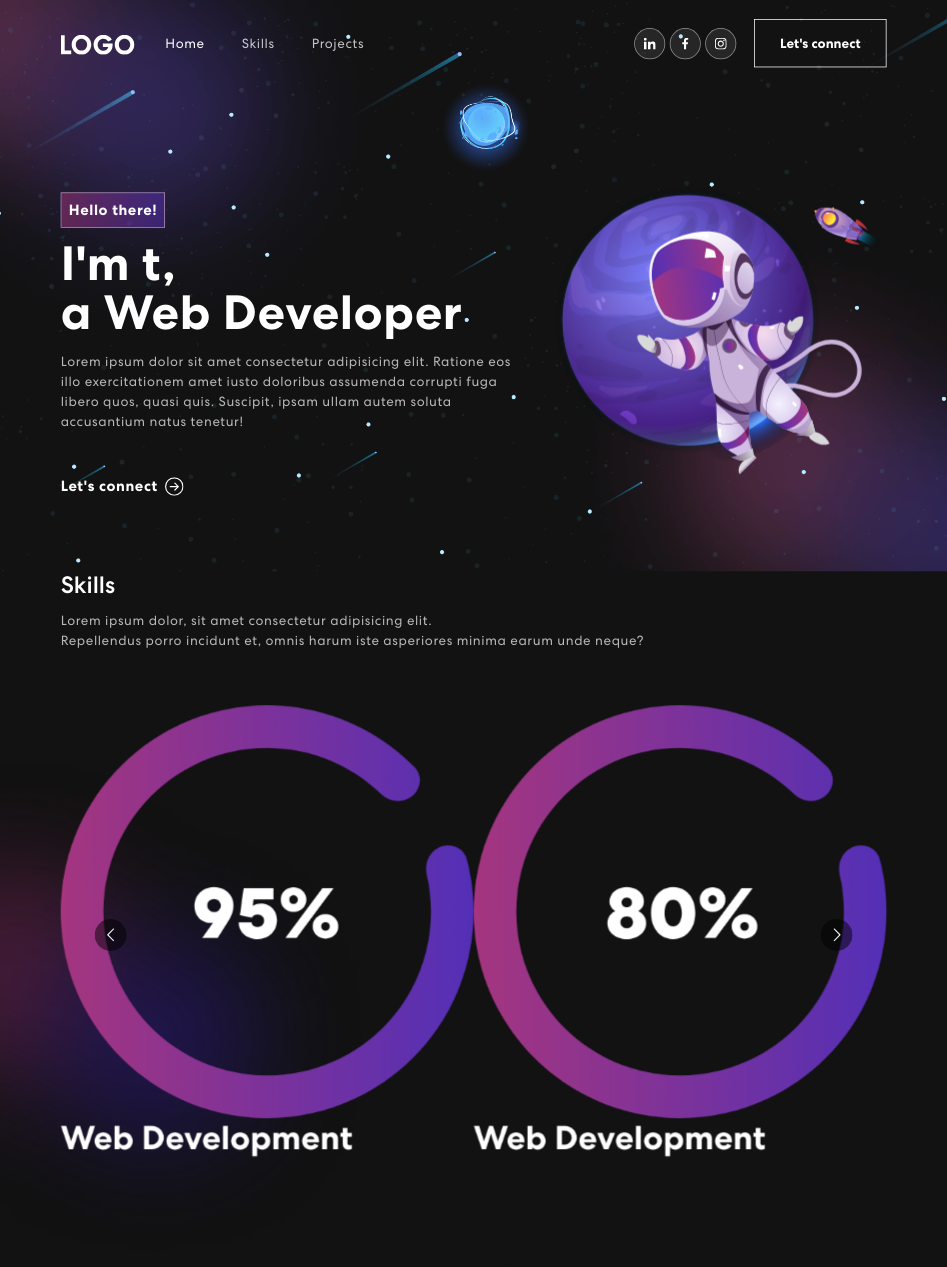
Repository: tynoschuck/personal-space-portfolio
Page: /
The author's editor kept a copy of each file at every save. The page is drawn from the files as they stood at one save, then again after the next save.
The browser window is 1280 px wide. The pictures show the whole page, at 74% of full size.
The project was rebuilt for these pictures with package versions that can differ from the ones it lists, and the page was loaded fresh each time.

Above is the page before, as saved 2023-01-02 13:23:23.

### src/App.js
import logo from "./logo.svg";
import "./App.css";
import { NavBar } from "./components/NavBar";
import { Banner } from "./components/Banner";
import { Skills } from "./components/Skills";
import "bootstrap/dist/css/bootstrap.min.css";

function App() {
  return (
    <div className="App">
      <NavBar />
      <Banner />
      <Skills />
    </div>
  );
}

export default App;

### src/App.css
@font-face {
  font-family: Centra;
  src: url('./assets/font/CentraNo2-Bold.ttf');
  font-weight: 700;
}
@font-face {
  font-family: Centra;
  src: url('./assets/font/CentraNo2-Book.ttf');
  font-weight: 400;
}
@font-face {
  font-family: Centra;
  src: url('./assets/font/CentraNo2-Medium.ttf');
  font-weight: 500;
}

* {
  margin: 0;
  padding: 0;
  box-sizing: border-box;
}
html {
  scroll-behavior: smooth;
  scroll-padding-top: 75px;
}
body {
  font-weight: 400;
  overflow-x: hidden;
  position: relative;
  background-color: #121212 !important;
  color: #fff !important;
  font-family: Centra, sans-serif !important;
}

h1, h2, h3, h4, h5, h6 {
  margin: 0;
  padding: 0;
  line-height: normal;
}

a:hover {
  text-decoration: none;
}

img {
  width: 100%;
  height: auto;
}

button {
  border: 0;
  background-color: transparent;
}

input:focus, textarea:focus, select:focus {
  outline: none;
}

@media (min-width:1700px) {
	main .container {
		max-width: 100%;
		padding: 0 150px;
	}
}

p.success {
	color: green;
}

p.danger {
	color: red;
}
/************ Navbar Css ************/
nav.navbar {
  padding: 18px 0;
  position: fixed;
  width: 100%;
  top: 0;
  z-index: 9999;
  transition:  0.32s ease-in-out;
}
nav.navbar.scrolled {
  padding: 0px 0;
  background-color: #121212;
}
nav.navbar a.navbar-brand {
    width: 9%;
}
nav.navbar .navbar-nav .nav-link.navbar-link {
  font-weight: 400;
  color: #fff !important;
  letter-spacing: 0.8px;
  padding: 0 25px;
  font-size: 18px;
  opacity: 0.75;
}
nav.navbar .navbar-nav a.nav-link.navbar-link:hover,
nav.navbar .navbar-nav a.nav-link.navbar-link.active {
    opacity: 1;
}
span.navbar-text {
    display: flex;
    align-items: center;
}
.social-icon {
    display: inline-block;
    margin-left: 14px;
}
.social-icon a {
    width: 42px;
    height: 42px;
    background: rgba(217, 217, 217, 0.1);
    display: inline-flex;
    border-radius: 50%;
    margin-right: 6px;
    align-items: center;
    justify-content: center;
    line-height: 1;
    border: 1px solid rgba(255, 255, 255, 0.5);
}
.social-icon a::before {
    content: "";
    width: 42px;
    height: 42px;
    position: absolute;
    background-color: #ffffff;
    border-radius: 50%;
    transform: scale(0);
	transition: 0.3s ease-in-out;
}
.social-icon a:hover::before {
    transform: scale(1);
}
.social-icon a img {
	width: 40%;
	z-index: 1;
	transition: 0.3s ease-in-out;
}
.social-icon a:hover img {
	filter: brightness(0) saturate(100%) invert(0%) sepia(7%) saturate(98%) hue-rotate(346deg) brightness(95%) contrast(86%);
}
.navbar-text button {
  font-weight: 700;
  color: #fff;
  border: 1px solid #fff;
  padding: 18px 34px;
  font-size: 18px;
  margin-left: 18px;
	position: relative;
	background-color: transparent;
	transition: 0.3s ease-in-out;
}
.navbar-text button span {
  z-index: 1;
}
.navbar-text button::before {
  content: "";
  width: 0%;
  height: 100%;
  position: absolute;
  background-color: #fff;
  left: 0;
  top: 0;
  z-index: -1;
  transition: 0.3s ease-in-out;
}
.navbar-text button:hover {
  color: #121212;
}
.navbar-text button:hover::before {
	content: "";
	width: 100%;
	height: 100%;
	position: absolute;
}
nav.navbar .navbar-toggler:active,
nav.navbar .navbar-toggler:focus {
	outline: none;
    box-shadow: none;
}
nav.navbar .navbar-toggler-icon {
  width: 24px;
  height: 17px;
  background-image: none;
  position: relative;
  border-bottom: 2px solid #fff;
  transition: all 300ms linear;
  top: -2px;
}
nav.navbar .navbar-toggler-icon:focus {
	border-bottom: 2px solid #fff;
}
nav.navbar .navbar-toggler-icon:after,
nav.navbar .navbar-toggler-icon:before {
	width: 24px;
	position: absolute;
	height: 2px;
	background-color: #fff;
	top: 0;
	left: 0;
	content: '';
	z-index: 2;
	transition: all 300ms linear;
}
nav.navbar .navbar-toggler-icon:after {
	top: 8px;
}
nav.navbar .navbar-toggler[aria-expanded="true"] .navbar-toggler-icon:after {
	transform: rotate(45deg);
	background-color: #fff;
	height: 2px;
}
nav.navbar .navbar-toggler[aria-expanded="true"] .navbar-toggler-icon:before {
	transform: translateY(8px) rotate(-45deg);
	background-color: #fff;
	height: 2px;
}
nav.navbar .navbar-toggler[aria-expanded="true"] .navbar-toggler-icon {
	border-color: transparent;
}

/************ Banner Css ************/
.banner {
  margin-top: 0;
  padding: 260px 0 100px 0;
  background-image: url('./assets/img/banner-bg.png');
  background-position: top center;
  background-size: cover;
  background-repeat: no-repeat;
}
.banner .tagline {
  font-weight: 700;
  letter-spacing: 0.8px;
  padding: 8px 10px;
  background: linear-gradient(90.21deg, rgba(170, 54, 124, 0.5) -5.91%, rgba(74, 47, 189, 0.5) 111.58%);
  border: 1px solid rgba(255, 255, 255, 0.5);
  font-size: 20px;
  margin-bottom: 16px;
  display: inline-block;
}
.banner h1 {
  font-size: 65px;
  font-weight: 700;
  letter-spacing: 0.8px;
  line-height: 1;
  margin-bottom: 20px;
  display: block;
}
.banner p {
  color: #B8B8B8;
  font-size: 18px;
  letter-spacing: 0.8px;
  line-height: 1.5em;
  width: 96%;
}
.banner button {
  color: #fff;
  font-weight: 700;
  font-size: 20px;
  margin-top: 60px;
  letter-spacing: 0.8px;
  display: flex;
  align-items: center;
}
.banner button svg {
  font-size: 25px;
  margin-left: 10px;
  transition: 0.3s ease-in-out;
  line-height: 1;
}
.banner button:hover svg {
  margin-left: 25px;
}
.banner img {
  animation: updown 3s linear infinite;
}
@keyframes updown {
    0% {
        transform: translateY(-20px);
    }
    50% {
        transform: translateY(20px);
    }
    100% {
        transform: translateY(-20px);
    }
}
.txt-rotate > .wrap {
  border-right: 0.08em solid #666;
}
/************ Skills Css ************/
.skill {
  padding: 0 0 50px 0;
  position: relative;
}
.skill-bx {
  background: #151515;
  border-radius: 64px;
  text-align: center;
  padding: 60px 50px;
  margin-top: -60px;
}
.skill h5 {
	font-size: 45px;
	font-weight: 700;
}
.skill p {
    color: #B8B8B8;
    font-size: 18px;
    letter-spacing: 0.8px;
    line-height: 1.5em;
    margin: 14px 0 75px 0;
}
.skill-slider {
  width: 80%;
  margin: 0 auto;
  position: relative;
}
.skill-slider .item img {
  width: 50%;
  margin: 0 auto 15px auto;
}
.background-image-left {
  top: 28%;
  position: absolute;
  bottom: 0;
  width: 40%;
  z-index: -4;
}

### src/components/NavBar.js
import { useState, useEffect } from "react";
import { Navbar, Container, Nav } from "react-bootstrap";
import logo from "../assets/img/logo.svg";
import navIcon1 from "../assets/img/nav-icon1.svg";
import navIcon2 from "../assets/img/nav-icon2.svg";
import navIcon3 from "../assets/img/nav-icon3.svg";

export const NavBar = () => {
  const [activeLink, setActiveLink] = useState("home");
  const [scrolled, setScrolled] = useState(false);

  useEffect(() => {
    const onScroll = () => {
      if (window.scrollY > 50) {
        setScrolled(true);
      } else {
        setScrolled(false);
      }
    };
    window.addEventListener("scroll", onScroll);

    return () => window.removeEventListener("scroll", onScroll);
  }, []);

  const onUpdateActiveLink = (value) => {
    setActiveLink(value);
  };

  return (
    <Navbar expand="lg" className={scrolled ? "scrolled" : ""}>
      <Container>
        <Navbar.Brand href="#home">
          <img src={logo} alt="logo" />
        </Navbar.Brand>
        <Navbar.Toggle aria-controls="basic-navbar-nav">
          <span className="navbar-toggler-icon"></span>
        </Navbar.Toggle>
        <Navbar.Collapse id="basic-navbar-nav">
          <Nav className="me-auto">
            <Nav.Link
              href="#home"
              className={
                activeLink === "home" ? "active navbar-link" : "navbar-link"
              }
              onClick={() => onUpdateActiveLink("home")}
            >
              Home
            </Nav.Link>
            <Nav.Link
              href="#skills"
              className={
                activeLink === "skills" ? "active navbar-link" : "navbar-link"
              }
              onClick={() => onUpdateActiveLink("skills")}
            >
              Skills
            </Nav.Link>
            <Nav.Link
              href="#projects"
              className={
                activeLink === "projects" ? "active navbar-link" : "navbar-link"
              }
              onClick={() => onUpdateActiveLink("projects")}
            >
              Projects
            </Nav.Link>
          </Nav>
          <span className="navbar-text">
            <div className="social-icon">
              <a href="#">
                <img src={navIcon1} alt="" />
              </a>
              <a href="#">
                <img src={navIcon2} alt="" />
              </a>
              <a href="#">
                <img src={navIcon3} alt="" />
              </a>
            </div>
            <button className="vvd">
              <span>Let's connect</span>
            </button>
          </span>
        </Navbar.Collapse>
      </Container>
    </Navbar>
  );
};

### src/components/Banner.js
import { useState, useEffect } from "react";
import { Container, Row, Col } from "react-bootstrap";
import { ArrowRightCircle } from "react-bootstrap-icons";
import headerImg from "../assets/img/header-img.svg";

export const Banner = () => {
  const [loopNum, setLoopNum] = useState(0);
  const [isDeleting, setIsDeleting] = useState(false);
  const toRotate = ["Dado", "tynoschuck", "Davide"];
  const [text, setText] = useState("");
  const [delta, setDelta] = useState(300 - Math.random() * 100);
  const period = 2000;

  useEffect(() => {
    let ticker = setInterval(() => {
      tick();
    }, delta);

    return () => {
      clearInterval(ticker)};
  // eslint-disable-next-line react-hooks/exhaustive-deps
  }, [text])

  const tick = () => {
    let i = loopNum % toRotate.length;
    let fullText = toRotate[i];
    let updatedText = isDeleting
      ? fullText.substring(0, text.length - 1)
      : fullText.substring(0, text.length + 1);
    setText(updatedText);

    if (isDeleting) {
      setDelta((prevDelta) => prevDelta / 2);
    }
    if (!isDeleting && updatedText === fullText) {
      setIsDeleting(true);
      setDelta(period);
    } else if (isDeleting && updatedText === "") {
      setIsDeleting(false);
      setLoopNum(loopNum + 1);
      setDelta(500);
    }
  }

  return (
    <section className="banner" id="home">
      <Container>
        <Row className="align-items-center">
          <Col xs={12} md={6} xl={7}>
            <span className="tagline">Hello there!</span>
            <h1>
              <span className="wrap">I'm {text}, </span>
              <br />{`a Web Developer`}
            </h1>
            <p>
              Lorem ipsum dolor sit amet consectetur adipisicing elit. Ratione
              eos illo exercitationem amet iusto doloribus assumenda corrupti
              fuga libero quos, quasi quis. Suscipit, ipsam ullam autem soluta
              accusantium natus tenetur!
            </p>
            <button>
              Let's connect <ArrowRightCircle size={25} />
            </button>
          </Col>
          <Col xs={12} md={6} xl={5}>
            <img src={headerImg} alt="header_img" />
          </Col>
        </Row>
      </Container>
    </section>
  );
};

### src/components/Skills.js
import { Container, Row, Col } from "react-bootstrap";
import Carousel from "react-multi-carousel";
import "react-multi-carousel/lib/styles.css";

import meter1 from '../assets/img/meter1.svg';
import meter2 from '../assets/img/meter2.svg';
import meter3 from '../assets/img/meter3.svg';
import colorSharp from '../assets/img/color-sharp.png';


export const Skills = () => {
    const responsive = {
        superLargeDesktop: {
          // the naming can be any, depends on you.
          breakpoint: { max: 4000, min: 3000 },
          items: 5
        },
        desktop: {
          breakpoint: { max: 3000, min: 1024 },
          items: 3
        },
        tablet: {
          breakpoint: { max: 1024, min: 464 },
          items: 2
        },
        mobile: {
          breakpoint: { max: 464, min: 0 },
          items: 1
        }
      };

      return (
        <section className="skill" id="skills">
            <Container>
                <Row>
                    <Col>
                        <div className="skills-bx">
                            <h2>
                                Skills
                            </h2>
                            <p>Lorem ipsum dolor, sit amet consectetur adipisicing elit. <br />Repellendus porro incidunt et, omnis harum iste asperiores minima earum unde neque?</p>
                            <Carousel responsive={responsive} infinite={true} className="skills-slider">
                                <div className="item">
                                    <img src={meter1} alt="Carousel_img" />
                                    <h5>Web Development</h5>
                                </div>
                                <div className="item">
                                    <img src={meter2} alt="Carousel_img" />
                                    <h5>Web Development</h5>
                                </div>
                                <div className="item">
                                    <img src={meter3} alt="Carousel_img" />
                                    <h5>Web Development</h5>
                                </div>
                                <div className="item">
                                    <img src={meter1} alt="Carousel_img" />
                                    <h5>Web Development</h5>
                                </div>
                            </Carousel>
                        </div>
                    </Col>
                </Row>
            </Container>
            <img className="background-image-left" src={colorSharp} alt="" />
        </section>
      )
}

Loaded but not shown: public/index.html (common file); src/index.js (common file); src/index.css (common file); src/reportWebVitals.js (common file)

After the next save:
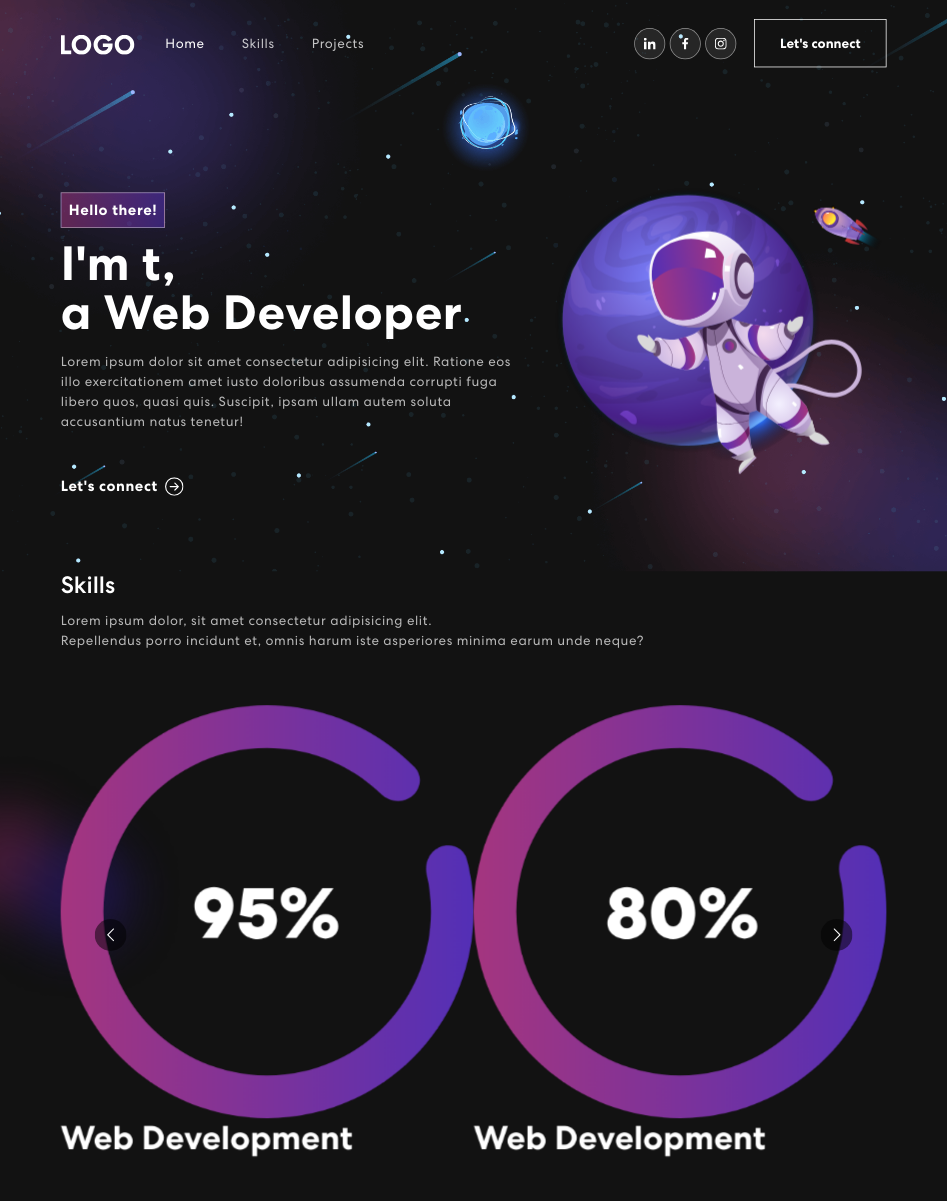
Saved 11 s later.
--- a/src/App.css
+++ b/src/App.css
@@ -324,6 +324,6 @@
   top: 28%;
   position: absolute;
   bottom: 0;
-  width: 40%;
+  width: 20%;
   z-index: -4;
 }

After the save that followed:
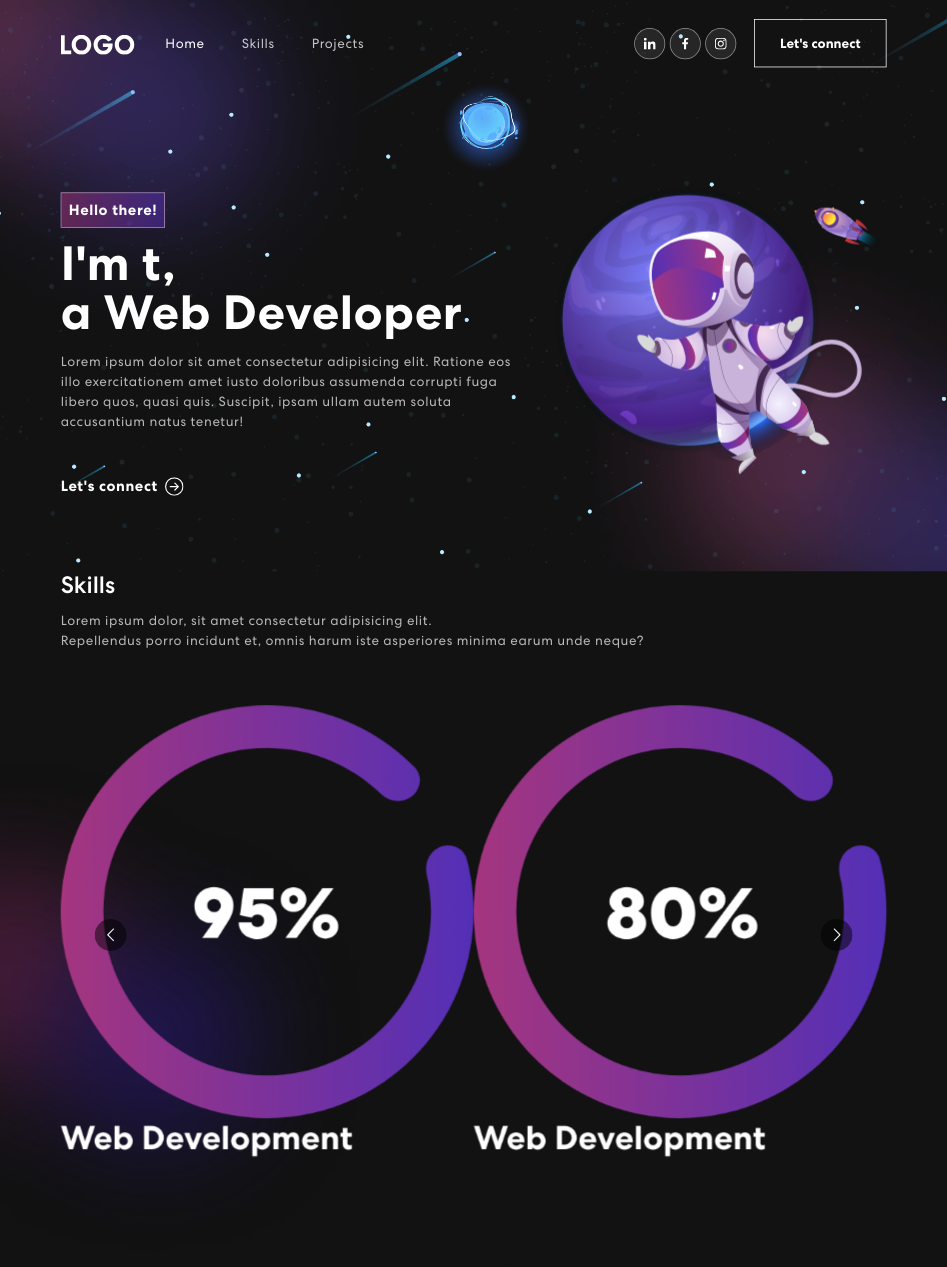
Saved 26 s later.
--- a/src/App.css
+++ b/src/App.css
@@ -318,12 +318,12 @@
 }
 .skill-slider .item img {
   width: 50%;
-  margin: 0 auto 15px auto;
+  margin: 0 auto 50px auto;
 }
 .background-image-left {
   top: 28%;
   position: absolute;
   bottom: 0;
-  width: 20%;
+  width: 40%;
   z-index: -4;
 }
